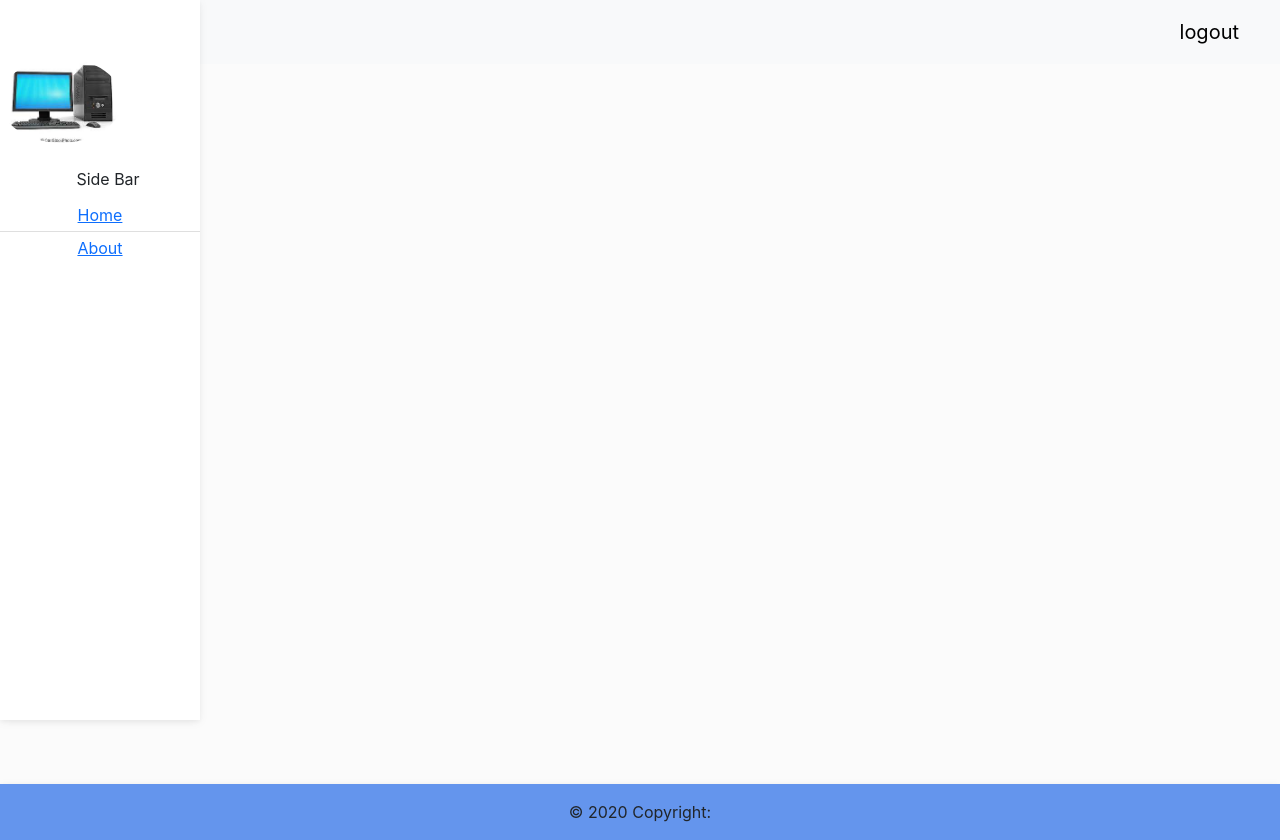
Repository: Sakshamccna/React
Page: /
These files come from the project's save history. The page is drawn as it stood at one moment and after the next save; the edit follows.
The browser window is 1280 px wide. The pictures show the whole page.
The project was rebuilt for these pictures with package versions that can differ from the ones it lists, and the page was loaded fresh each time. Also part of the build but not shown: src/Components/Home.tsx, src/Components/About.tsx.

Above is the page before, as saved 2022-12-26 13:15:59.

After the next save:
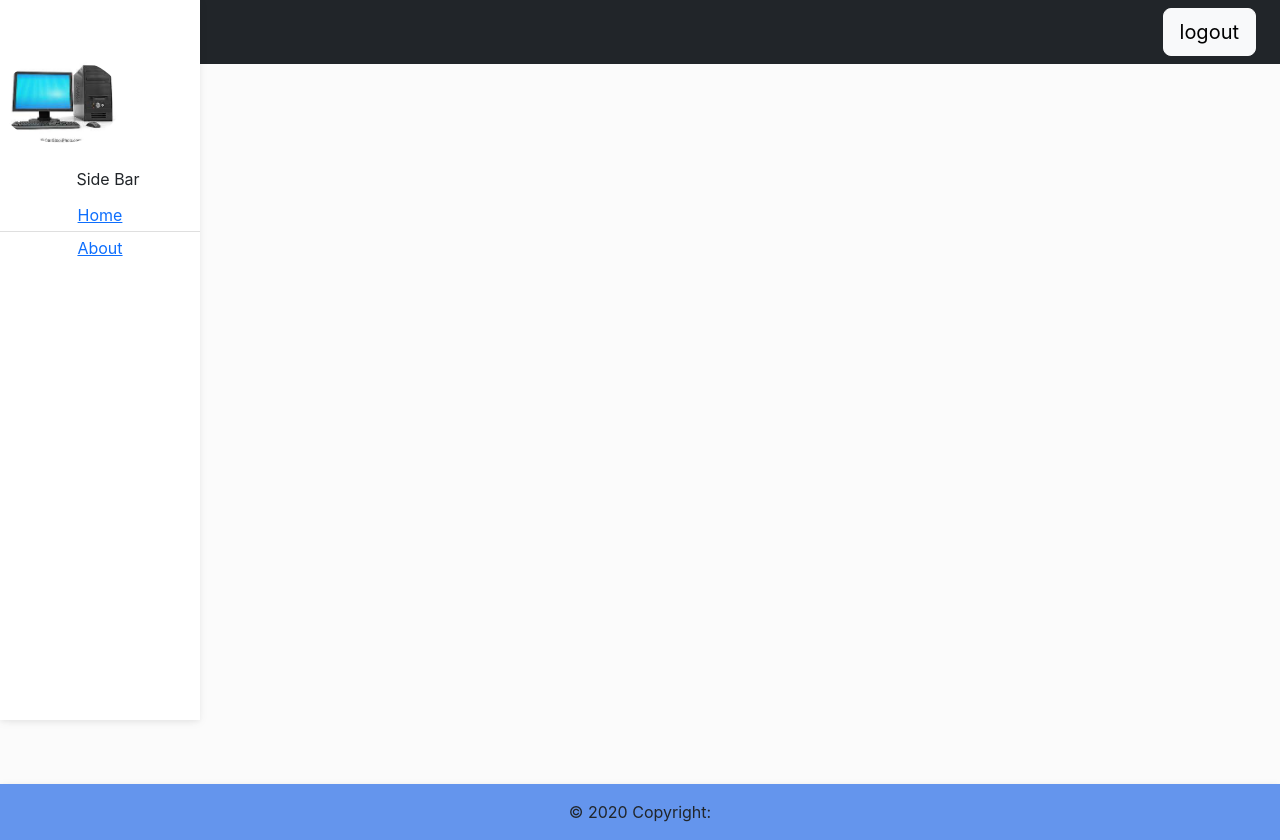
Saved 26 s later.
--- a/src/Components/Headers.tsx
+++ b/src/Components/Headers.tsx
@@ -5,7 +5,7 @@ import "./Header.css"
 function Headers() {
     return (
         <>
-            <nav className="navbar bg-light topnav-right">
+            <nav className="navbar bg-dark topnav-right">
 
                 <div className="">
                     <div className="d-flex justify-content-center mx-4 ">
